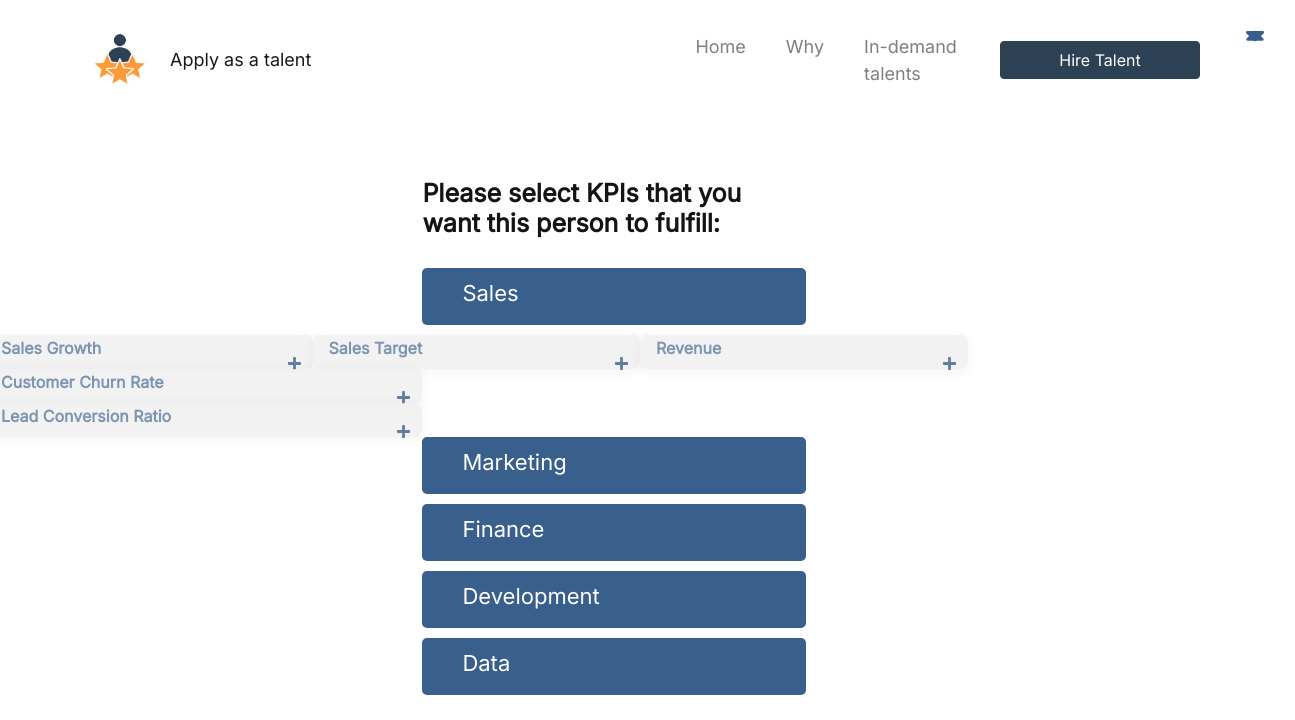
Repository: Ashwe9/talent-hire-reactJs
Page: /kpis, after clicking the first element matching `div.dropdown-box`
The author's editor kept a copy of each file at every save. The page is drawn from the files as they stood at one save, then again after the next save.
The browser window is 1280 px wide. The page is 1295 px wide, so the pictures cover 1295 px, including what lies to the right of the window. The pictures show the whole page.
The project was rebuilt for these pictures with package versions that can differ from the ones it lists, and the page was loaded fresh each time. A package was used in the major version that the imports need, not the one package.json lists. Also part of the build but not shown: src/homePage/components/TrustedBy/TrustedBy.css, src/homePage/components/TrustedBy/TrustedBy.js, src/homePage/components/Roles/Roles.css, src/homePage/components/Roles/Roles.js, src/homePage/components/homePageFooter/HomePageFooter.css, src/homePage/components/homePageFooter/HomePageFooter.js, src/homePage/HomePage.js, src/projectDetails/ProjectDetails.js.

Above is the page before, as saved 2022-08-18 17:04:26.

### public/index.html
<!DOCTYPE html>
<html lang="en">
  <head>
    <meta charset="utf-8" />
    <link rel="icon" href="%PUBLIC_URL%/favicon.ico" />
    <meta name="viewport" content="width=device-width, initial-scale=1" />
    <meta name="theme-color" content="#000000" />
    <meta
      name="description"
      content="Web site created using create-react-app"
    />
    <link rel="apple-touch-icon" href="%PUBLIC_URL%/logo192.png" />
    <link rel="manifest" href="%PUBLIC_URL%/manifest.json" />
    <link rel="stylesheet" href="https://stackpath.bootstrapcdn.com/bootstrap/4.4.1/css/bootstrap.min.css" integrity="sha384-Vkoo8x4CGsO3+Hhxv8T/Q5PaXtkKtu6ug5TOeNV6gBiFeWPGFN9MuhOf23Q9Ifjh" crossorigin="anonymous">
    <link href='https://fonts.googleapis.com/css?family=Inter' rel='stylesheet'>

    <title>App</title>
  </head>
  <body>
    <noscript>You need to enable JavaScript to run this app.</noscript>
    <div id="root"></div>
    <script src="https://code.jquery.com/jquery-3.4.1.slim.min.js" integrity="sha384-J6qa4849blE2+poT4WnyKhv5vZF5SrPo0iEjwBvKU7imGFAV0wwj1yYfoRSJoZ+n" crossorigin="anonymous"></script>
    <script src="https://cdn.jsdelivr.net/npm/popper.js@1.16.0/dist/umd/popper.min.js" integrity="sha384-Q6E9RHvbIyZFJoft+2mJbHaEWldlvI9IOYy5n3zV9zzTtmI3UksdQRVvoxMfooAo" crossorigin="anonymous"></script>
    <script src="https://stackpath.bootstrapcdn.com/bootstrap/4.4.1/js/bootstrap.min.js" integrity="sha384-wfSDF2E50Y2D1uUdj0O3uMBJnjuUD4Ih7YwaYd1iqfktj0Uod8GCExl3Og8ifwB6" crossorigin="anonymous"></script>  </body>
</html>

### src/App.js
import React from 'react'
import { BrowserRouter as Router, Route, Switch } from 'react-router-dom';
import { HomePage } from './homePage/HomePage';
import KPISPage from './kpisPage/KPISPage';
import ProjectDetails from './projectDetails/ProjectDetails';

function App() {
  return (
    <Router>
      <Switch>
        <Route exact path="/" component={HomePage} />
        <Route exact path="/kpis" component={KPISPage} />
        <Route exact path="/projectdetails" component={ProjectDetails} />
      </Switch>
    </Router>
  );
}

export default App;

### src/kpisPage/KPISPage.js
import React from 'react'
import './KPISPage.css'
import { Navbar } from '../shared-components/Navbar/Navbar'
import Header from './Header'
import DropDown from './DropDown'

const KPISPage = () => {
  return (
    <div>
      <Navbar />
      <Header />
      <DropDown title="Sales"/>
      <DropDown title="Marketing"/>
      <DropDown title="Finance"/>
      <DropDown title="Development"/>
      <DropDown title="Data"/>
    </div>
  )
}

export default KPISPage

### src/shared-components/Navbar/Navbar.js
import React from 'react'
import './Navbar.css'
import { useHistory } from 'react-router-dom'

export const Navbar = () => {
  let history=useHistory();
  return (
    <nav className="navbar navbar-expand-lg navbar-light">
      <img src= {require('../../assets/icon.png')} className="icon"/>
      <a className="navbar-brand title" href="#">Apply as a talent</a>
      <button className="navbar-toggler" type="button" data-toggle="collapse" data-target="#navbarText" aria-controls="navbarText" aria-expanded="false" aria-label="Toggle navigation">
        <span className="navbar-toggler-icon"></span>
      </button>
      <div className="collapse navbar-collapse" id="navbarText">
        <ul className="navbar-nav mr-auto">
          <li className="nav-item">
            <a className="nav-link" href="#" onClick={() => {
                history.push('/');
              } }>Home</a>
          </li>

          <li className="nav-item">
            <a className="nav-link" href="#">Why</a>
          </li>
          <li className="nav-item">
            <a className="nav-link" href="#">In-demand talents</a>
          </li>
        </ul>
        <span className="navbar-text">
          <button className='btn btn-dark navbar-btn'>Hire Talent</button>
        </span>
      </div>
    </nav>
  )
}

### src/kpisPage/Header.js
import React from 'react'
import './Header.css'

const Header = () => {
  return (
    <div className='header-box'>
        <p className='header-by-title'>
            Please select KPIs that you want this person to fulfill:
        </p>
    </div>
  )
}

export default Header

### src/kpisPage/DropDown.js
import {FaCaretDown, FaCaretUp} from 'react-icons/fa'
import React , { useState } from 'react'
import './DropDown.css'
import { left } from '@popperjs/core'
import Talents from './Talents'


const DropDown = ({title}) => {
    const [x, setCount] = useState(0);
    const incrementCount = () => {
        setCount(x + 1);
      };

  return (
    <div>
        <div className='dropdown-box' onClick={incrementCount} >
            <p className='dropdown-title'>{title}</p>
            <a> { x%2===0 ? <FaCaretDown id='icon' size={30} style={{}} /> : <FaCaretUp id='icon' size={30} style={{}} />}</a>
        </div>
        { x%2===1 ? <Talents title={title}/> : <></>}
    </div>
  )
}

export default DropDown

### src/shared-components/Navbar/Navbar.css
.icon{
    width: 80px;
}

.title{
    font-family: "Inter";
    font-style: normal;
    font-weight: 500;
    font-size: 18px;
    line-height: 28px;
    align-items: center;
    color: #444444;
    padding-left: 10px;
}

#navbarText{
    margin-left: 30%;
}
.navbar-items{
    margin: 0 35%;

}

.nav-item{
    font-family: "Inter";
    font-style: normal;
    font-weight: 500;
    font-size: 18px;
    align-items: center;
    color: #444444;
    padding-left: 24px;
}

.navbar-btn{
    font-family: "Inter";
    font-style: bold;
    background: #2c4154;
    /* padding: 5px 50px; */
    border-color: #2c4154;
    width: 200px;
}

.navbar{
    margin: 10px 5%;
}

@media only screen and (max-width: 600px) {
    body {
      background-color: lightblue;
    }
  }

### src/kpisPage/Header.css
.header-box{
    margin: 30px 30%;
    padding: 3%;
    padding-bottom: 0%;
    align-items: center;
    width: 35%;
}

.header-by-title{
    font-family: "Inter";
    font-style: bolder;
    font-weight: 700;
    font-size: 25px;
    line-height: 30px;
    align-items: center;
    color: #141414;
}


@media only screen and (max-width: 700px) {

    .header-by-title{
        font-size: 16px;
    }

    .header-box{
        margin-left: 90px;
        width: 100%;
    }
  }
@media only screen and (max-width: 450px) {
    .header-by-title{
        font-size: 13px;
    }
    .header-box{
        margin-left: 70px;
        width: 100%;
    }
}

### src/kpisPage/DropDown.css
.dropdown-box{
    margin: 0px 33%;
    padding-top: 10px;
    padding-bottom: 1px;
    width: 30%;
    background-color: #395f8c;
    border-radius: 5px;
    display: flex;
    cursor: pointer;
    margin-bottom: 10px;

}

.dropdown-title{
    font-family: "Inter";
    font-style: bolder;
    font-weight: 300;
    font-size: 22px;
    line-height: 30px;
    align-items: center;
    color: white;
    margin-left: 40px;
}

#icon{
    color: white;
    position:absolute;
    right:580px;
}


@media only screen and (max-width: 700px) {

    .dropdown-title{
        font-size: 16px;
        margin-left: 0;
    }

    .dropdown-box{
        margin-left: 70px;
        width: 60%;
    }
    #icon{
        opacity: 0;
    }
  }
@media only screen and (max-width: 450px) {
    .dropdown-title{
        font-size: 11px;
        margin-left: 0;
    }
    .dropdown-box{
        margin-left: 70px;
        width: 60%;
    }

    #icon{
        opacity: 0;
    }
}

### src/kpisPage/Talents.js
import React from 'react'
import './Talents.css'
import { useState } from 'react'
import {FaPlus, FaMinus} from 'react-icons/fa'


const Talents = ({title}) => {
    const [checked_1, setCount1] = useState(0);
    const incrementCount1 = () => {
        setCount1(checked_1 + 1);
      };
    const [checked_2, setCount2] = useState(0);
    const incrementCount2 = () => {
        setCount2(checked_2 + 1);
    };
    const [checked_3, setCount3] = useState(0);
    const incrementCount3 = () => {
    setCount3(checked_3 + 1);
    };
    const [checked_4, setCount4] = useState(0);
    const incrementCount4 = () => {
        setCount4(checked_4 + 1);
    };
    const [checked_5, setCount5] = useState(0);
    const incrementCount5 = () => {
        setCount5(checked_5 + 1);
        };
    return (
        <div className='talents-box'>
          <form className='check-form'>
            <div className='row'>
              <div className={`col-3 ${checked_1%2===1 ? "talent-item-active" : "talent-item"}`} onClick={incrementCount1}>
                <label className={`${checked_1%2===1 ? "talent-item-paragraph-active" : "talent-item-paragraph"}`}>Sales Growth</label>
                <a> { checked_1%2===0 ? <FaPlus id='icon' size={15} style={{}} /> : <FaMinus id='icon' size={15} style={{}} />}</a>
              </div>
              <div className={`col-3 ${checked_2%2===1 ? "talent-item-active" : "talent-item"}`} onClick={incrementCount2}>
                <label className={`${checked_2%2===1  ? "talent-item-paragraph-active" : "talent-item-paragraph"}`}>Sales Target</label>
                <a> { checked_2%2===0 ? <FaPlus id='icon' size={15} style={{}} /> : <FaMinus id='icon' size={15} style={{}} />}</a>
              </div>
              <div className={`col-3 ${checked_3%2===1 ? "talent-item-active" : "talent-item"}`} onClick={incrementCount3} >
                <label className={`${checked_3%2===1  ? "talent-item-paragraph-active" : "talent-item-paragraph"}`}>Revenue</label>
                <a> { checked_3%2===0 ? <FaPlus id='icon' size={15} style={{}} /> : <FaMinus id='icon' size={15} style={{}} />}</a>
              </div>
              <div className={`col-4 ${checked_4%2===1 ? "talent-item-active" : "talent-item"}`} onClick={incrementCount4}>
                <label className={`${checked_4%2===1  ? "talent-item-paragraph-active" : "talent-item-paragraph"}`}>Customer Churn Rate</label>
                <a> { checked_4%2===0 ? <FaPlus id='icon' size={15} style={{}} /> : <FaMinus id='icon' size={15} style={{}} />}</a>
              </div>
            </div>
            <div className='row'>
              <div className={`col-4 ${checked_5%2===1 ? "talent-item-active" : "talent-item"}`} onClick={incrementCount5}>
                <label className={`${checked_5%2===1  ? "talent-item-paragraph-active" : "talent-item-paragraph"}`}>Lead Conversion Ratio</label>
                <a> { checked_5%2===0 ? <FaPlus id='icon' size={15} style={{}} /> : <FaMinus id='icon' size={15} style={{}} />}</a>
            </div>
            </div>
          </form>
        </div>

      )
}

export default Talents

### src/kpisPage/Talents.css
.talent-box{
    margin-left: 350px;
}

.talent-item-active{
    background: #FFFFFF;
    border: 1px solid #395F8C;
    box-sizing: border-box;
    box-shadow: 0px 4px 14px 1px rgba(0, 0, 0, 0.04);
    border-radius: 6px;
    display: flex;
}

#icon{
    color: #395F8C;
    position:absolute;
    right:10px;
    top: 20px
}

.talent-item{
    opacity: 0.8;
    background: #f0f0f0;
    border: 0.2px solid #f0f0f0;
    box-sizing: border-box;
    box-shadow: 0px 2px 14px 1px rgba(0, 0, 0, 0.06);
    border-radius: 6px;
    display: flex;
}


.talent-item-paragraph-active{
    font-family: "Inter";
    font-style: normal;
    font-weight: normal;
    font-size: 16px;
    display: flex;
    align-items: center;

    color: #8692a6;
}

.talent-item-paragraph{
    font-family: "Inter";
    font-style: normal;
    font-weight: bold;
    font-size: 16px;
    display: flex;
    align-items: center;
    opacity: 0.8;
    color: #395f8c;
}

.talents-question{
    color:#395f8c;
    font-family: "Inter";
    font-style: normal;
    font-weight: 400;
    font-size: 20px;
    text-decoration-line: underline;
    text-underline-position: under;
}

@media only screen and (max-width: 700px) {
    h2{
        font-size: 20px;
    }
    .talent-item-paragraph-active{
        font-size: 10px;
    }

    .talent-item-paragraph{
        font-size: 10px;
    }
    .talents-question{
        font-size: 14px;
    }

  }
@media only screen and (max-width: 450px) {
    h2{
        font-size: 14px;
    }
    .talent-item-paragraph-active{
        font-size: 8px;
    }

    .talent-item-paragraph{
        font-size: 8px;
    }
    .talents-question{
        font-size: 10px;
    }
}

input[type="checkbox"] { /* change "blue" browser chrome to yellow */
    filter: invert(20%) hue-rotate(15deg) brightness(1.4);
  }

Loaded but not shown: src/index.js (common file); src/reportWebVitals.js (common file); src/index.css (no stored copy; drawn as an empty file); src/kpisPage/KPISPage.css (no stored copy; drawn as an empty file)

After the next save:
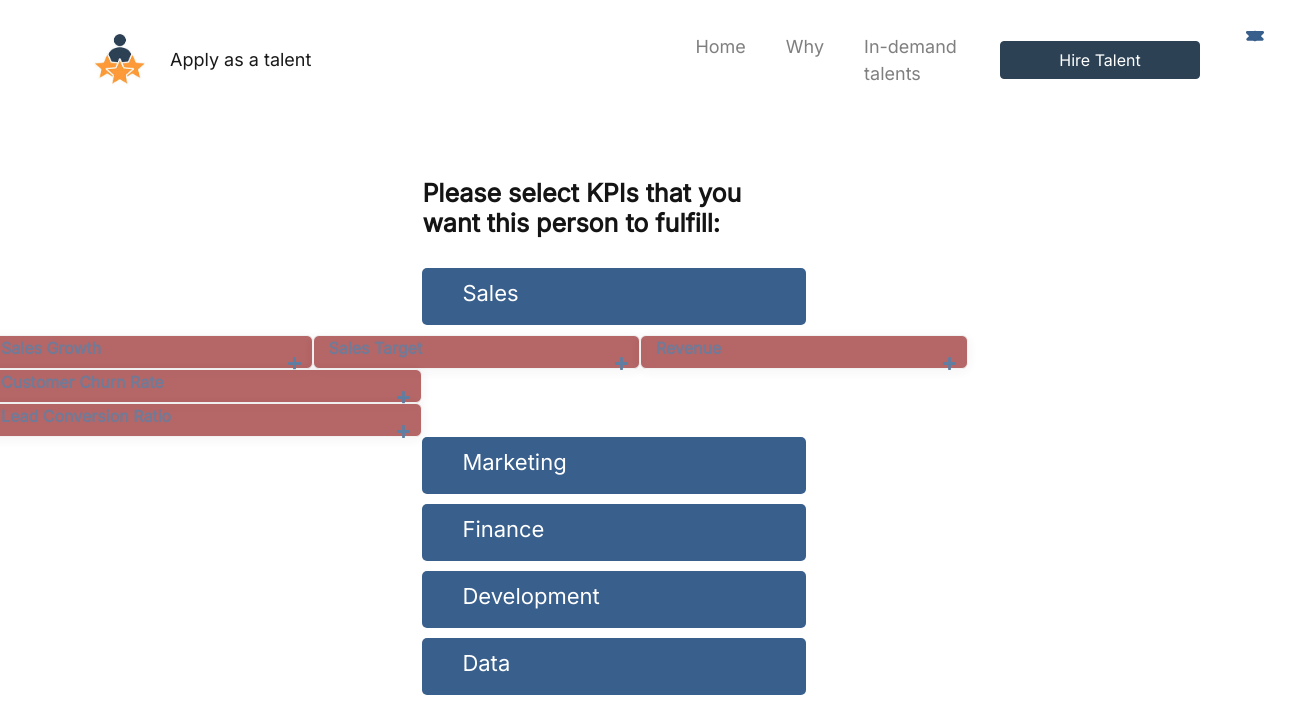
Saved 43 s later.
--- a/src/kpisPage/Talents.css
+++ b/src/kpisPage/Talents.css
@@ -20,7 +20,7 @@
 
 .talent-item{
     opacity: 0.8;
-    background: #f0f0f0;
+    background: #a34141;
     border: 0.2px solid #f0f0f0;
     box-sizing: border-box;
     box-shadow: 0px 2px 14px 1px rgba(0, 0, 0, 0.06);

After the save that followed:
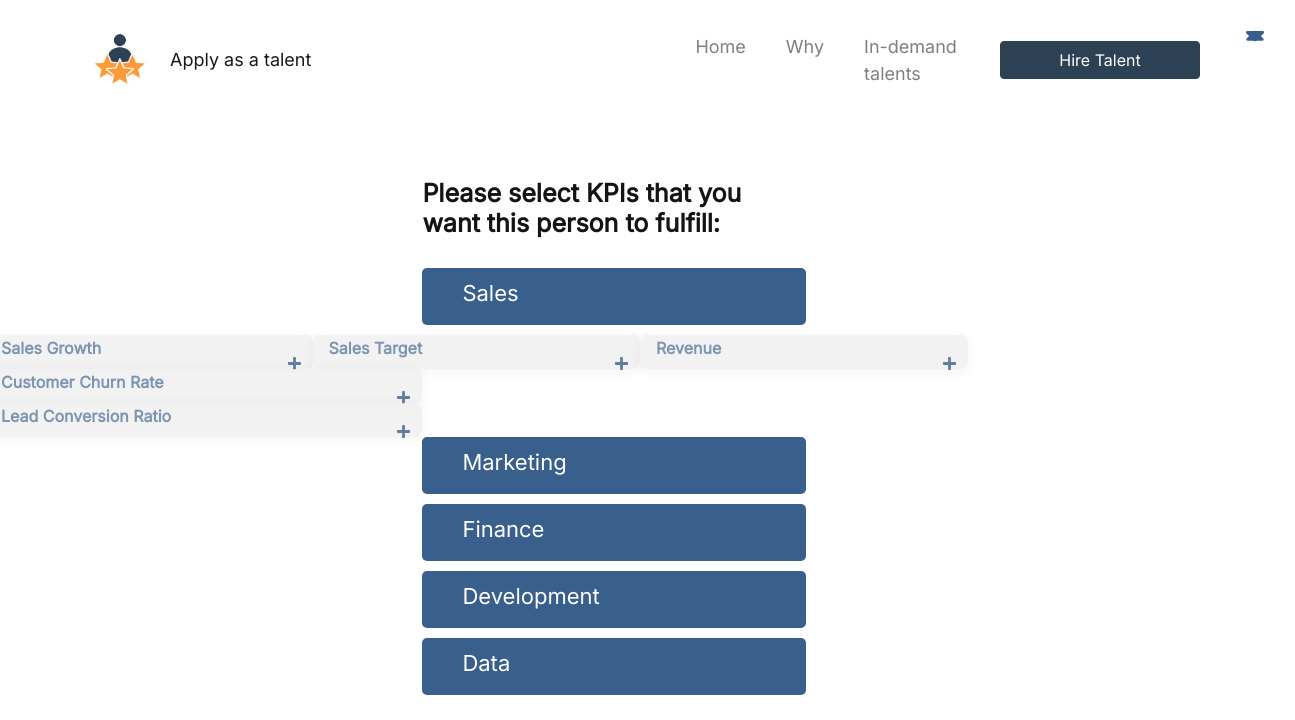
Saved 34 s later.
--- a/src/kpisPage/Talents.css
+++ b/src/kpisPage/Talents.css
@@ -20,7 +20,7 @@
 
 .talent-item{
     opacity: 0.8;
-    background: #a34141;
+    background: #f0f0f0;
     border: 0.2px solid #f0f0f0;
     box-sizing: border-box;
     box-shadow: 0px 2px 14px 1px rgba(0, 0, 0, 0.06);
